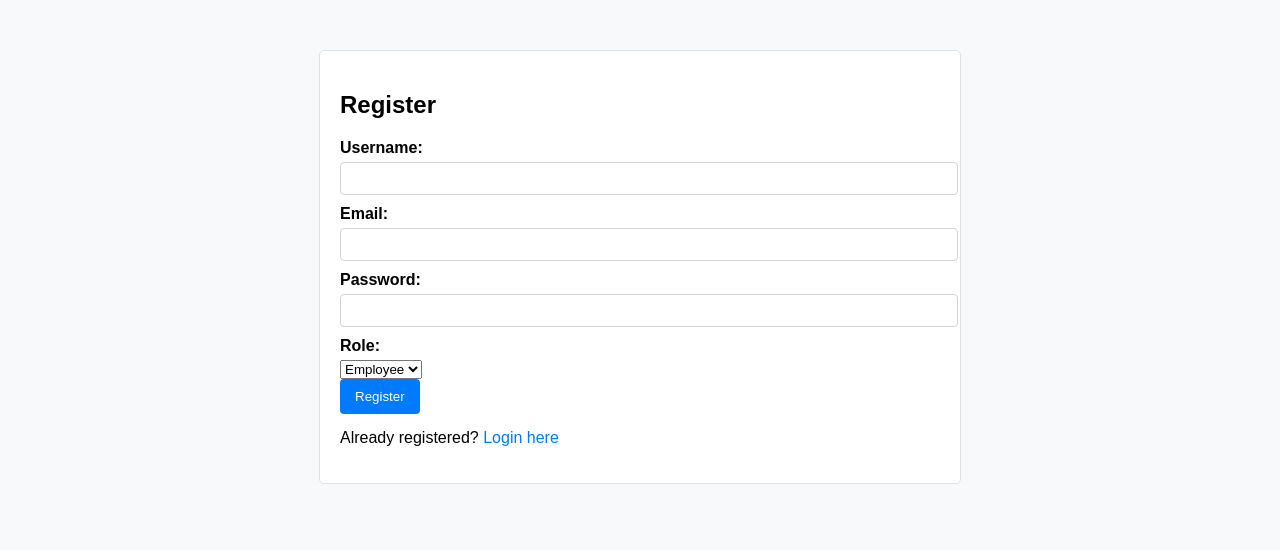
Repository: NarendarPaindla/IOTAlpha
Page: http://localhost/EmployeeLeaveManagement/register.jsp
An editor plug-in stored every save of this project. The page is shown before and after the next save, followed by the edit.
The browser window is 1280 px wide. The pictures show the whole page.
The page is served by Tomcat 10. Other server files are loaded and not shown.

Above is the page before, as saved 2025-02-04 05:46:17.

### EmployeeLeaveManagement/src/main/webapp/register.jsp
<%@ page language="java" contentType="text/html; charset=UTF-8"
    pageEncoding="UTF-8"%>
<!DOCTYPE html>
<html>
<head>
<meta charset="UTF-8">
<title>Register | page</title>
<style>
 body {
        font-family: Arial, sans-serif;
        background-color: #f8f9fa;
      }
      .container {
        max-width: 600px;
        margin: 50px auto;
        background: #fff;
        padding: 20px;
        border: 1px solid #dee2e6;
        border-radius: 5px;
      }
      h2 {
        margin-bottom: 20px;
      }
      .form-label {
        display: block;
        margin-bottom: 5px;
        font-weight: bold;
      }
      .form-control {
        width: 100%;
        padding: 8px;
        margin-bottom: 10px;
        border: 1px solid #ced4da;
        border-radius: 4px;
      }
      .btn {
        padding: 10px 15px;
        border: none;
        border-radius: 4px;
        background-color: #007bff;
        color: white;
        cursor: pointer;
      }
      .btn:hover {
        background-color: #0056b3;
      }
      .alert {
        padding: 10px;
        background-color: #d1ecf1;
        border: 1px solid #bee5eb;
        border-radius: 4px;
        margin-bottom: 10px;
        color: #0c5460;
      }
      a {
        color: #007bff;
        text-decoration: none;
      }
      a:hover {
        text-decoration: underline;
      }
</style>
</head>
<body>
<div class="container">
<h2>Register</h2>
<% if (request.getParameter("msg")!=null){ %>
<div class="alert"><%=request.getParameter("msg") %></div>
<%} %>
<form action="register" method="post">
<div>
<label class="form-label">Username:</label>
<input type="text" name="username" class="form-control" required>
</div>
<div>
<label class="form-label">Email:</label>
<input type="email" name="email" class="form-control" required>
</div>
<div>
<label class="form-label">Password:</label>
<input type="password" name="password" class="form-control" required>
</div>
<div>
<label class="form-label">Role:</label>
<select name="role" class="from-control" required>
<option value="employee">Employee</option>
<option value="manager">Manager</option>
<option value="admin">Admin</option>
</select>
</div>
<button type="submit" class="btn">Register</button>
</form>
<p style="margin-top: 15px;">
Already registered?  <a href="login.jsp">Login here</a>
</p>
</div>
</body>
</html>

After the next save:
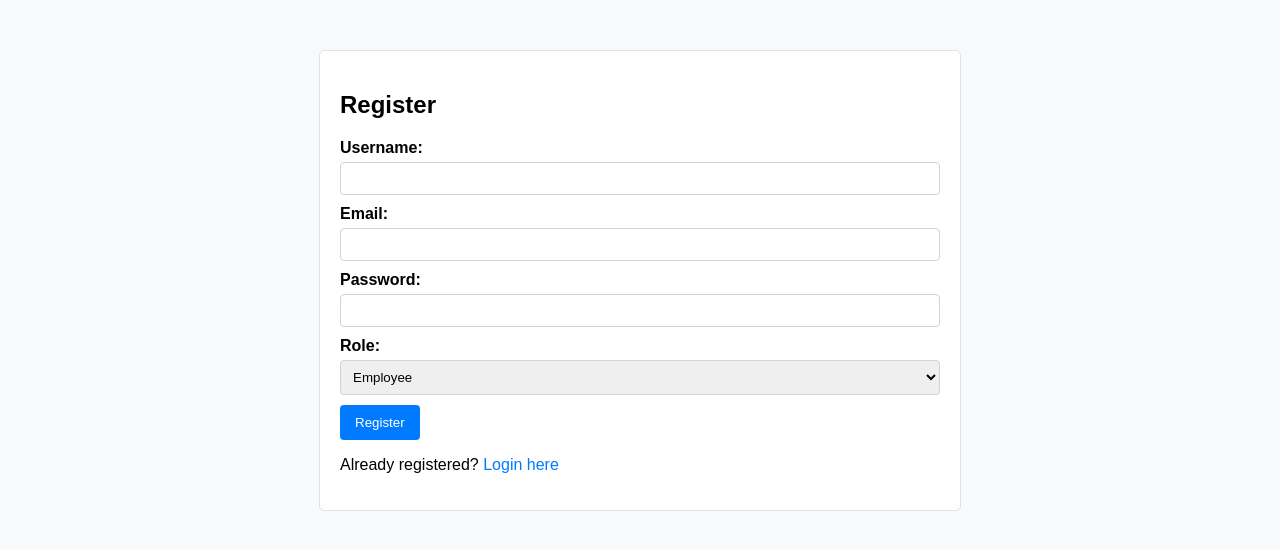
Saved 51 s later.
--- a/EmployeeLeaveManagement/src/main/webapp/register.jsp
+++ b/EmployeeLeaveManagement/src/main/webapp/register.jsp
@@ -1,12 +1,10 @@
-<%@ page language="java" contentType="text/html; charset=UTF-8"
-    pageEncoding="UTF-8"%>
-<!DOCTYPE html>
+<%@ page contentType="text/html;charset=UTF-8" language="java" %>
 <html>
-<head>
-<meta charset="UTF-8">
-<title>Register | page</title>
-<style>
- body {
+  <head>
+    <title>Register</title>
+    <style>
+      /* Basic styling for the registration page */
+      body {
         font-family: Arial, sans-serif;
         background-color: #f8f9fa;
       }
@@ -59,40 +57,41 @@
       a:hover {
         text-decoration: underline;
       }
-</style>
-</head>
-<body>
-<div class="container">
-<h2>Register</h2>
-<% if (request.getParameter("msg")!=null){ %>
-<div class="alert"><%=request.getParameter("msg") %></div>
-<%} %>
-<form action="register" method="post">
-<div>
-<label class="form-label">Username:</label>
-<input type="text" name="username" class="form-control" required>
-</div>
-<div>
-<label class="form-label">Email:</label>
-<input type="email" name="email" class="form-control" required>
-</div>
-<div>
-<label class="form-label">Password:</label>
-<input type="password" name="password" class="form-control" required>
-</div>
-<div>
-<label class="form-label">Role:</label>
-<select name="role" class="from-control" required>
-<option value="employee">Employee</option>
-<option value="manager">Manager</option>
-<option value="admin">Admin</option>
-</select>
-</div>
-<button type="submit" class="btn">Register</button>
-</form>
-<p style="margin-top: 15px;">
-Already registered?  <a href="login.jsp">Login here</a>
-</p>
-</div>
-</body>
+    </style>
+  </head>
+  <body>
+    <div class="container">
+      <h2>Register</h2>
+      <%-- Display message if available --%>
+      <% if(request.getParameter("msg") != null) { %>
+         <div class="alert"><%= request.getParameter("msg") %></div>
+      <% } %>
+      <form action="register" method="post">
+        <div>
+          <label class="form-label">Username:</label>
+          <input type="text" name="username" class="form-control" required>
+        </div>
+        <div>
+          <label class="form-label">Email:</label>
+          <input type="email" name="email" class="form-control" required>
+        </div>
+        <div>
+          <label class="form-label">Password:</label>
+          <input type="password" name="password" class="form-control" required>
+        </div>
+        <div>
+          <label class="form-label">Role:</label>
+          <select name="role" class="form-control" required>
+            <option value="employee">Employee</option>
+            <option value="manager">Manager</option>
+            <option value="admin">Admin</option>
+          </select>
+        </div>
+        <button type="submit" class="btn">Register</button>
+      </form>
+      <p style="margin-top: 15px;">
+         Already registered? <a href="login.jsp">Login here</a>
+      </p>
+    </div>
+  </body>
 </html>
